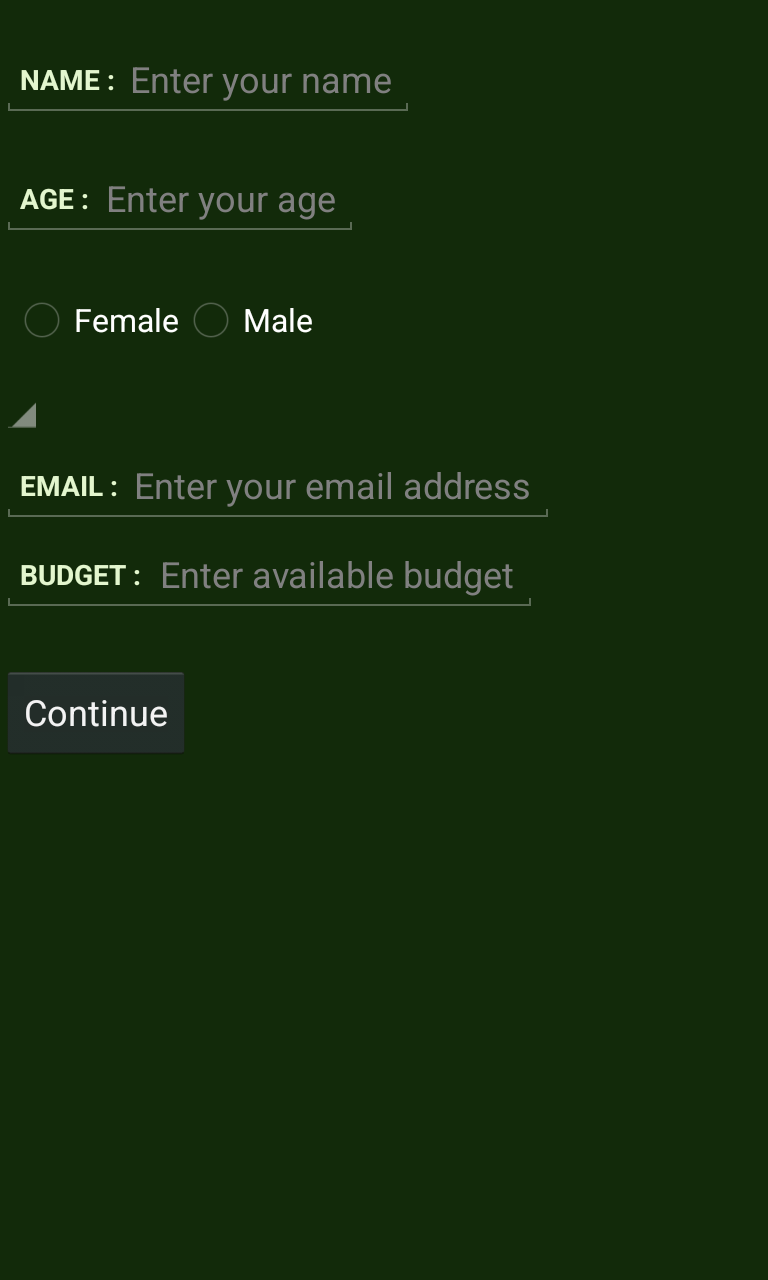
Repository: Adammdit/DT2283GUI
Layout: GunSmoke/res/layout/activity_details_form.xml
The author's editor kept a copy of each file at every save. The layout is drawn from the files as they stood at one save, then again after the next save.
It is drawn on a 768 x 1280 px phone screen (xhdpi) without system bars, with theme android:Theme.Holo; the app's code is not run.

Above is the layout before, as saved 2014-11-08 19:13:35.

### GunSmoke/res/layout/activity_details_form.xml
<LinearLayout xmlns:android="http://schemas.android.com/apk/res/android"
    android:layout_width="fill_parent"
    android:background="#122A0A"
    android:layout_height="fill_parent">



    <!-- Allows to scrool in vertical possition -->
    <ScrollView
    	android:layout_width="fill_parent"
    	android:layout_height="wrap_content">
    	<LinearLayout
        	android:layout_width="wrap_content"
            android:layout_height="wrap_content"
            android:orientation="vertical">
    		<FrameLayout
	    		android:id="@+id/name"
	    		android:layout_width="wrap_content"
	    		android:layout_height="wrap_content"
	    		android:layout_marginBottom="5dp" >
			    <EditText
			        android:id="@+id/editName"
			        android:layout_marginTop="20dp"
				    android:layout_width="wrap_content"
				    android:layout_height="wrap_content"
				    android:paddingLeft="65dp"
				    android:inputType="textPersonName"
				    android:hint="Enter your name" />
		    	<TextView
		    	    android:layout_marginTop="10dp"
			        android:layout_width="wrap_content"
			        android:layout_height="wrap_content"
			        android:layout_gravity="center_vertical"
		    		android:textStyle="bold"
		    		android:textColor="#E3F6CE"
			        android:paddingLeft="10dp"
			        android:text="@string/nameLabel" />
			</FrameLayout>

		    <FrameLayout
			    android:id="@+id/age"
			    android:layout_width="match_parent"
			    android:layout_height="wrap_content"
			    android:layout_marginBottom="5dp" >
			    <EditText
			        android:layout_marginTop="15dp"
				    android:layout_width="wrap_content"
				    android:layout_height="wrap_content"
				    android:layout_marginBottom="15dp"
				    android:paddingLeft="53dp"
				    android:inputType="number"
				    android:hint="Enter your age" />
			    <TextView
			        android:layout_marginTop="0dp"
			        android:layout_width="wrap_content"
			        android:layout_height="wrap_content"
			        android:layout_gravity="center_vertical"
		    		android:textStyle="bold"
		    		android:textColor="#E3F6CE"
			        android:paddingLeft="10dp"
			        android:text="@string/ageLabel" />
		    </FrameLayout>

			<RadioGroup
			    android:id="@+id/gender"
			    android:layout_width="wrap_content"
			    android:layout_height="wrap_content"
			    android:layout_marginBottom="5dp"
			    android:orientation="horizontal"
			    android:padding="5dp" >
			    <RadioButton
				    android:id="@+id/female"
				    android:text="@string/female" />
				<RadioButton
				    android:id="@+id/male"
				    android:text="@string/male" />
			</RadioGroup>

			<Spinner
				android:id="@+id/jobSpinner"
				android:layout_width="wrap_content"
				android:layout_height="wrap_content"
				android:layout_marginBottom="5dp" />

			<FrameLayout
			    android:id="@+id/email"
			    android:layout_width="wrap_content"
			    android:layout_height="wrap_content"
			    android:layout_marginBottom="5dp" >
				<EditText
				    android:id="@+id/editEmail"
				    android:layout_width="wrap_content"
				    android:layout_height="wrap_content"
				    android:paddingLeft="67dp"
				    android:inputType="textEmailAddress"
				    android:hint="Enter your email address" />
				<TextView
			        android:layout_width="wrap_content"
			        android:layout_height="wrap_content"
			        android:layout_gravity="center_vertical"
		    		android:textStyle="bold"
		    		android:textColor="#E3F6CE"
			        android:paddingLeft="10dp"
			        android:text="@string/emailLabel" />
			</FrameLayout>

			<FrameLayout
			    android:id="@+id/budget"
			    android:layout_width="match_parent"
			    android:layout_height="wrap_content"
			    android:layout_marginBottom="25dp">
				<EditText
				    android:layout_width="wrap_content"
				    android:layout_height="wrap_content"
				    android:paddingLeft="80dp"
				    android:inputType="numberDecimal"
				    android:hint="Enter available budget" />
				<TextView
			        android:layout_width="wrap_content"
			        android:layout_height="wrap_content"
			        android:layout_gravity="center_vertical"
		    		android:textStyle="bold"
		    		android:textColor="#E3F6CE"
			        android:paddingLeft="10dp"
			        android:text="@string/budgetLabel" />
			</FrameLayout>

			<Button
			    android:id="@+id/continueButton"
			    android:layout_width="wrap_content"
			    android:layout_height="wrap_content"
			    android:text="@string/buttonLabel" />

		</LinearLayout>
	</ScrollView>
</LinearLayout>

### GunSmoke/res/values/strings.xml
<?xml version="1.0" encoding="utf-8"?>
<resources>

    <string name="app_name">GunSmoke</string>
    <string name="title">Details form:</string>
    <string name="mainLabel">Main list</string>
    <string name="nameLabel">NAME : </string>
    <string name="ageLabel">AGE : </string>
    <string name="emailLabel">EMAIL : </string>
    <string name="budgetLabel">BUDGET : </string>
    <string name="female">Female</string>
    <string name="male">Male</string>
    <string name="buttonLabel">Continue</string>
    <string name="title_activity_splash_screen">SplashScreen</string>
    <string name="splash_info">All prices excludes vat = 21%</string>
    <string name="title_activity_details_form">DetailsForm</string>

    <!-- List of job titles -->
    <string-array name="jobTitles">
        <item>Select job title</item>
        <item>iPhone</item>
        <item>WindowsMobile</item>
        <item>Blackberry</item>
        <item>WebOS</item>
        <item>Ubuntu</item>
        <item>Windows7</item>
        <item>Max OS X</item>
        <item>Linux</item>
        <item>OS/2</item>
    </string-array>
    <!-- Melee weapones -->
    <string-array name="melee">
        <item>Knife</item>
        <item>Machete</item>
        <item>Maltador</item>
        <item>Galstead</item>
        <item>Throwing knife</item>
        <item>Ubuntu</item>
        <item>Windows7</item>
        <item>Max OS X</item>
        <item>Linux</item>
        <item>OS/2</item>
    </string-array>

    <string name="title_activity_receipt">Receipt</string>
    <string name="hello_world">Hello world!</string>

</resources>

After the next save:
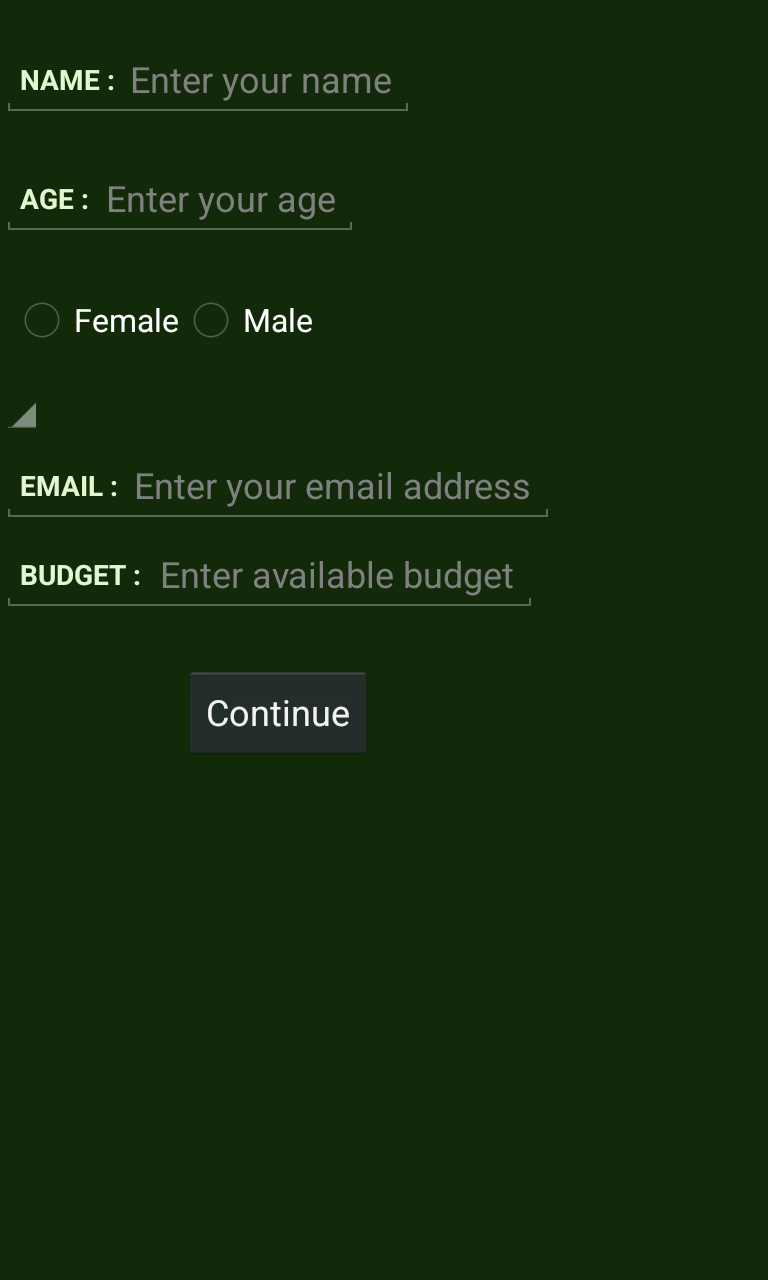
Saved 70 s later.
--- a/GunSmoke/res/layout/activity_details_form.xml
+++ b/GunSmoke/res/layout/activity_details_form.xml
@@ -129,7 +129,8 @@
 			    android:id="@+id/continueButton"
 			    android:layout_width="wrap_content"
 			    android:layout_height="wrap_content"
-			    android:text="@string/buttonLabel" />
+			    android:text="@string/buttonLabel"
+			    android:layout_gravity="center_horizontal"/>
 
 		</LinearLayout>
 	</ScrollView>
